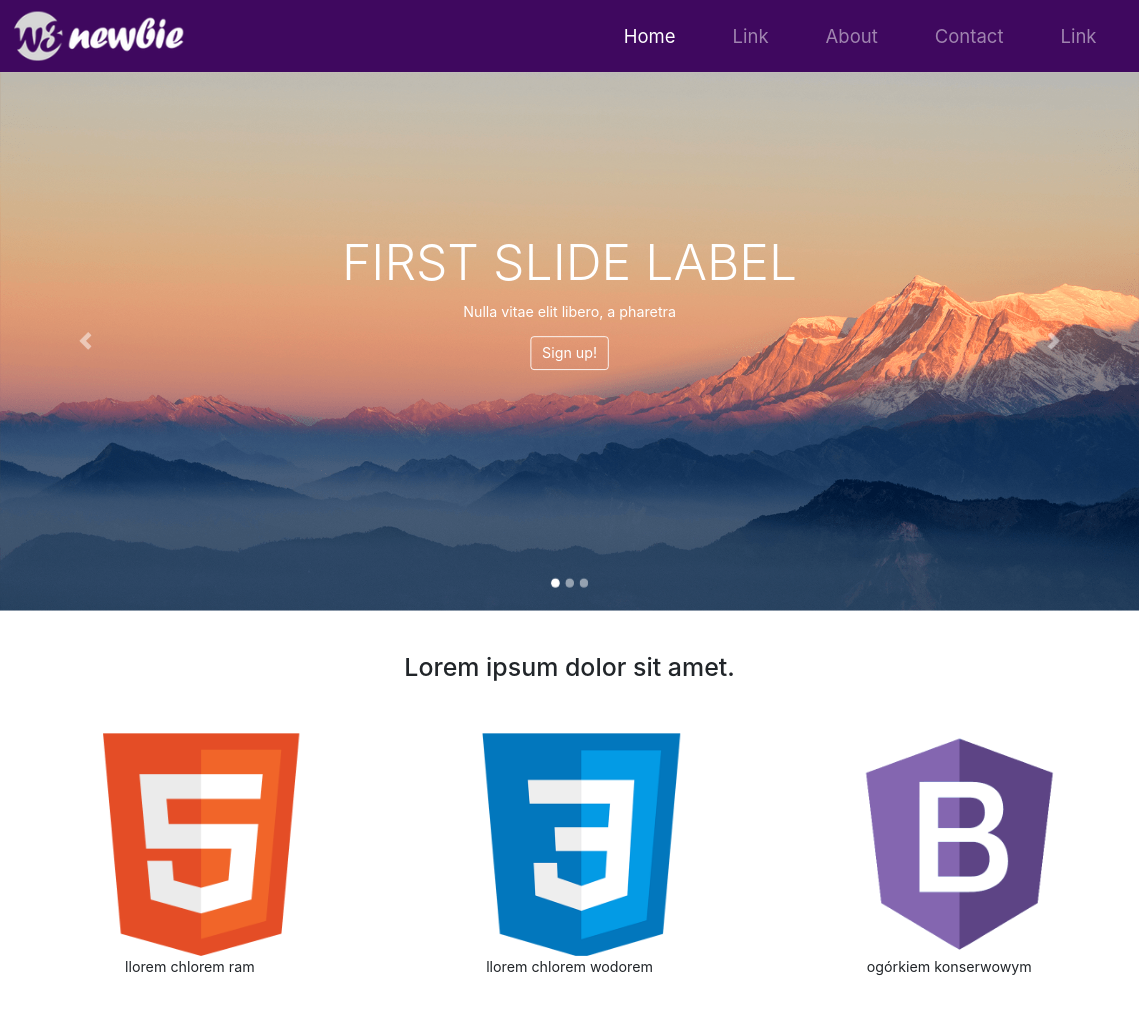
Repository: Mietlicha/bootstrap-project
Page: Bootstrap Website Files/index.html
The author's editor kept a copy of each file at every save. The page is drawn from the files as they stood at one save, then again after the next save.
The browser window is 1280 px wide. The pictures show the whole page, at 89% of full size.

Above is the page before, as saved 2019-10-28 23:21:47.

After the next save:
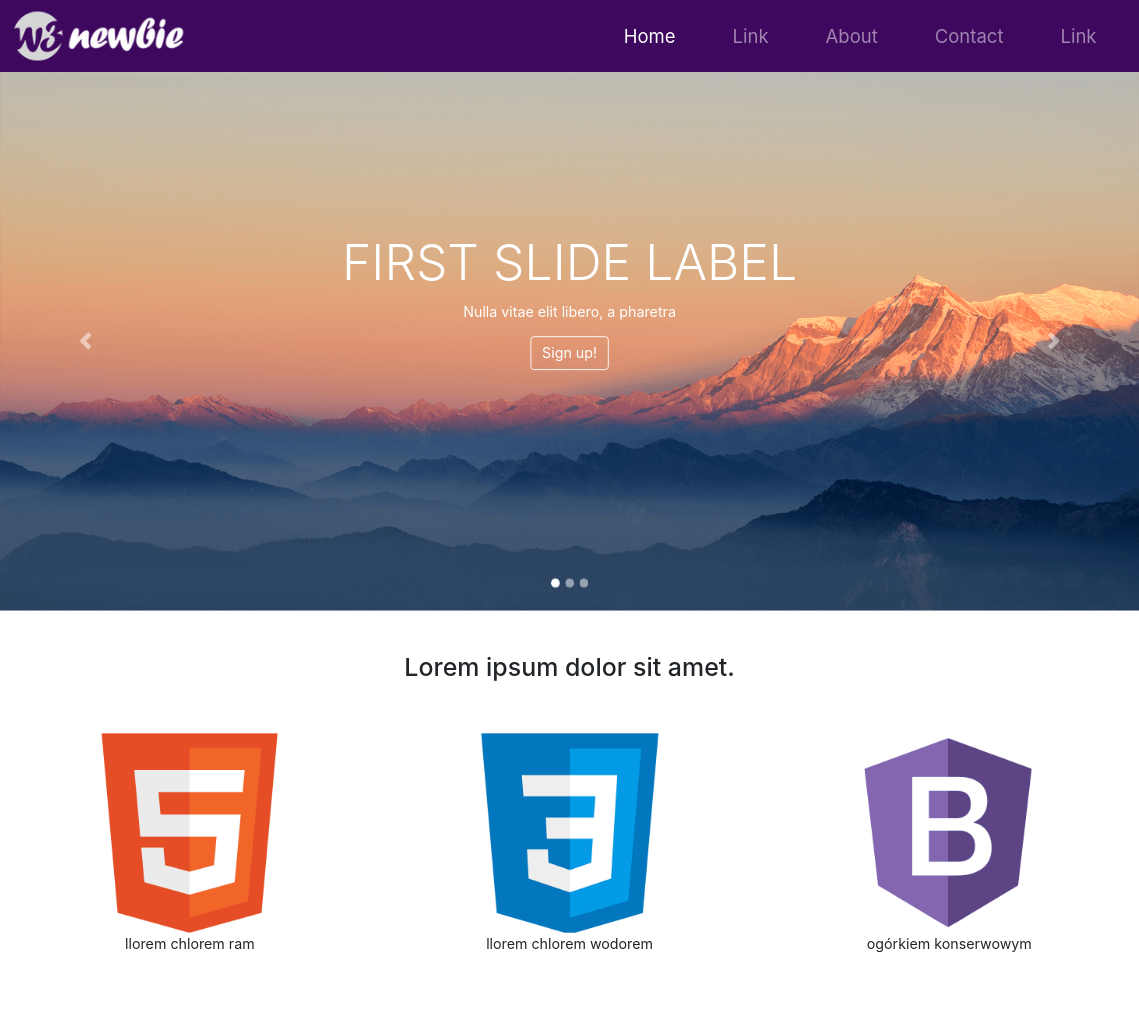
Saved 45 s later.
--- a/style.css
+++ b/style.css
@@ -65,7 +65,7 @@
 
 .main-container figure img{
 max-width: 100%;
-min-width: 250px;
+min-width: 150px;
 height: auto;
 }
 
